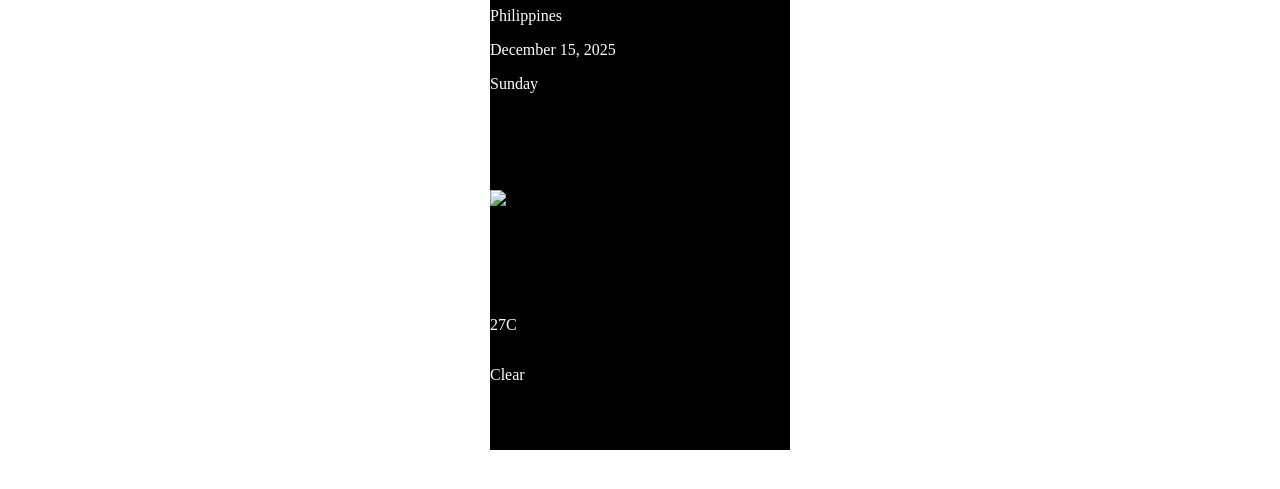
Repository: dmpelaez/weatherApp
Page: WeatherApp.html
The author's editor kept a copy of each file at every save. The page is drawn from the files as they stood at one save, then again after the next save.
The browser window is 1280 px wide. The pictures show the whole page.
The page's requests for data from a server got no answer.

Above is the page before, as saved 2025-12-14 12:10:27.

After the next save:
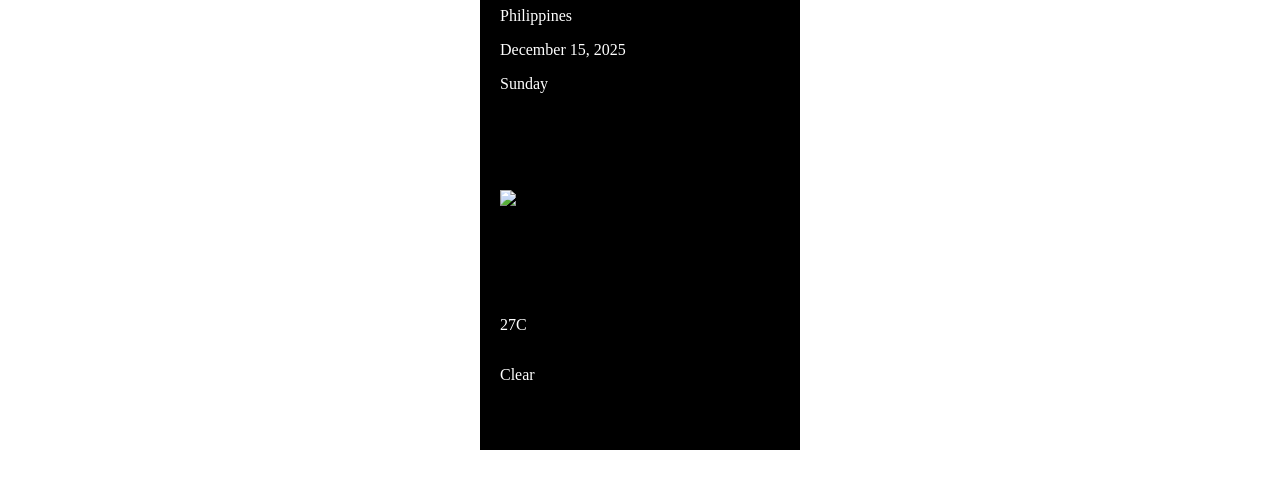
Saved 13 s later.
--- a/WeatherApp.css
+++ b/WeatherApp.css
@@ -20,6 +20,7 @@ display: flex;
   color: white;
   align-items: center;
   justify-content: start;
+  padding-left: 20px;
   width: 300px;
   height: 450px;
 }
